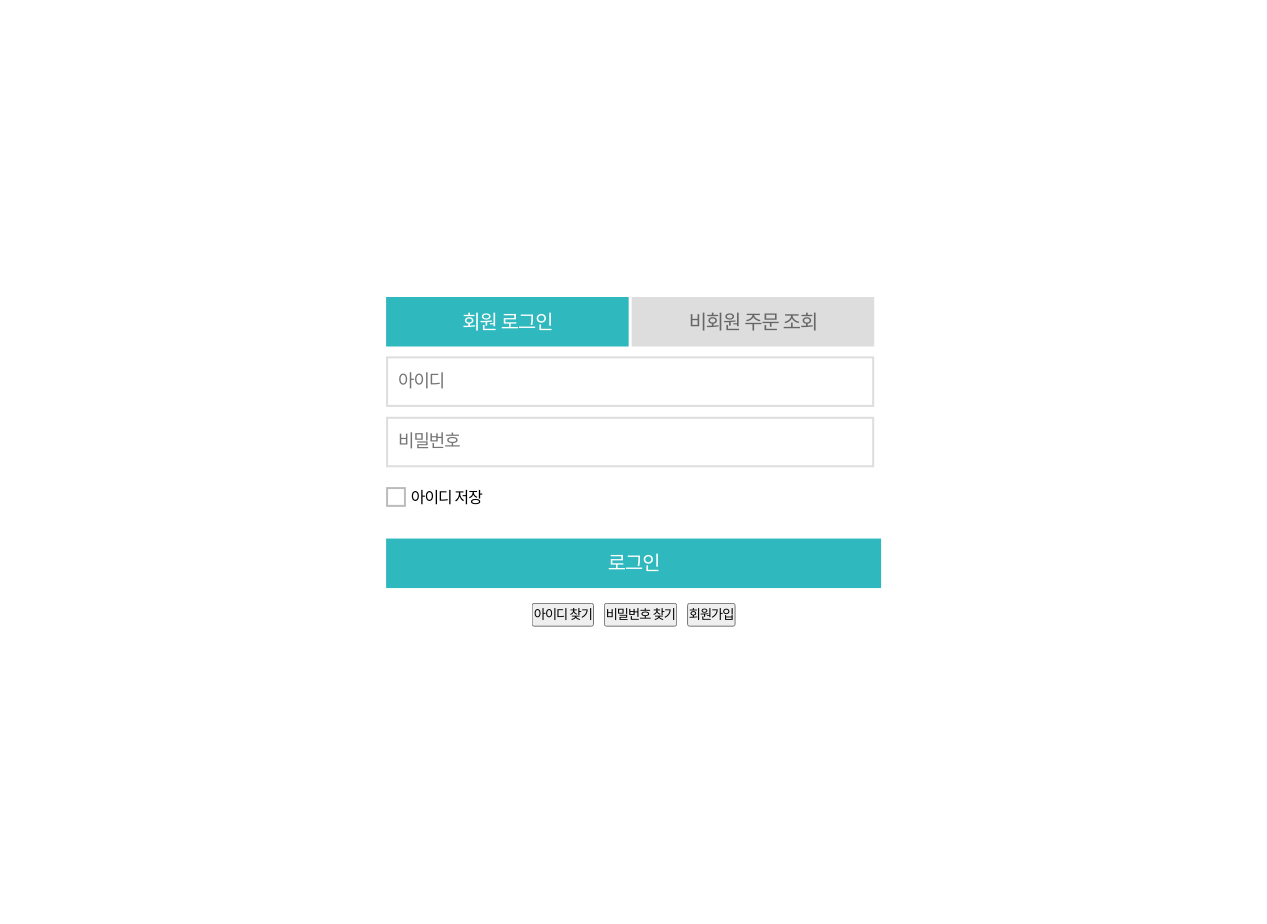
Repository: InhoKang92/jsp_1018
Page: http://localhost/Web_01/login.jsp
These files come from the project's save history. The page is drawn as it stood at one moment and after the next save; the edit follows.
The browser window is 1280 px wide. The pictures show the whole page, at 99% of full size.
Some web fonts or font styles are not loaded; a fallback is used. The page is served by Tomcat 9.

Above is the page before, as saved 2024-10-16 01:33:44.

After the next save:
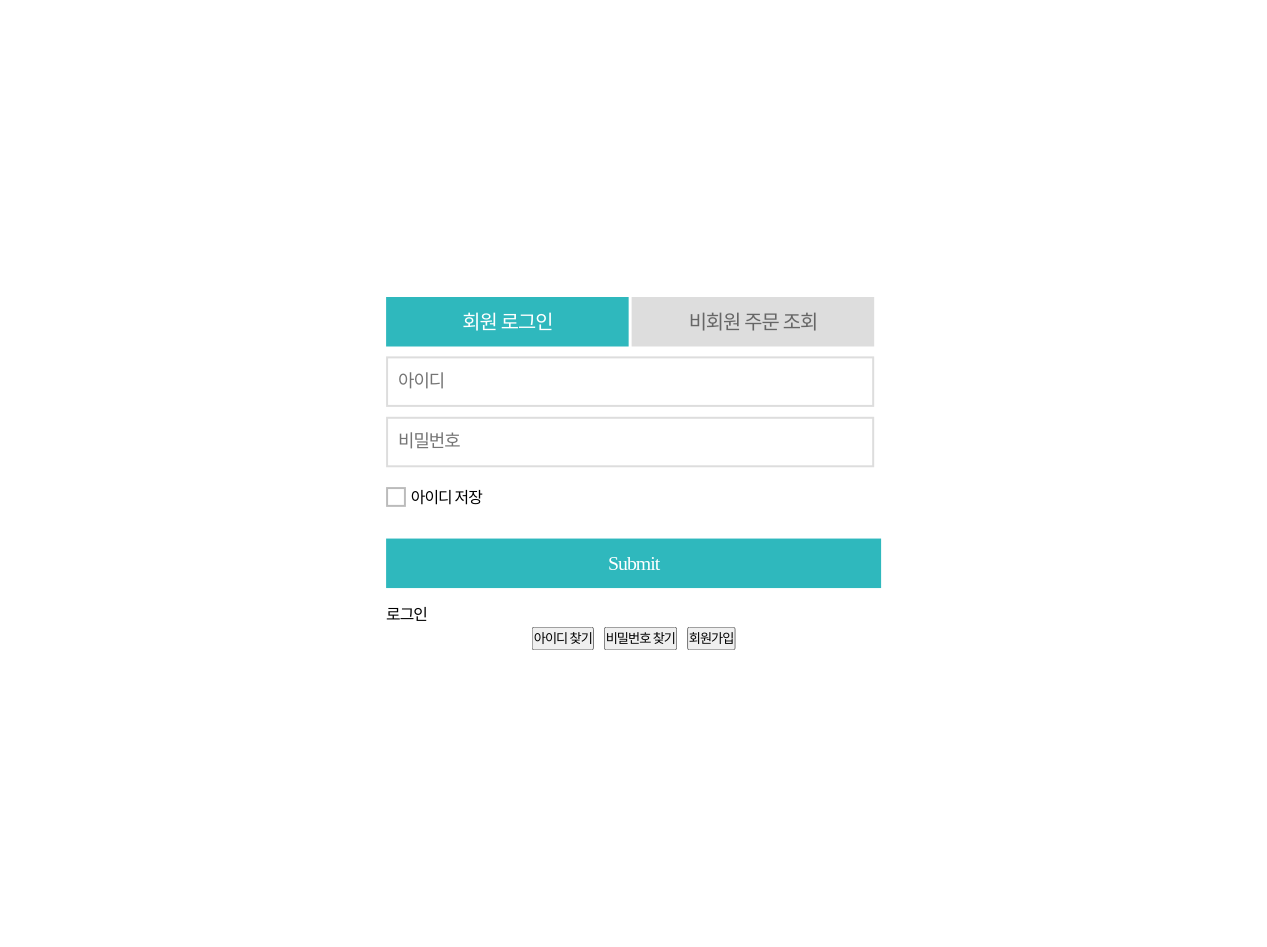
Saved 93 s later.
--- a/Web_01/src/main/webapp/login.jsp
+++ b/Web_01/src/main/webapp/login.jsp
@@ -28,7 +28,7 @@ pageEncoding="UTF-8"%>
                 </div>
 
             </div>
-            <button type="submit" class="login_btn">로그인</button>
+            <input type="submit" class="login_btn">로그인</button>
             <div class="etc_box">
                 <button>아이디 찾기</button>
                 <button>비밀번호 찾기</button>
